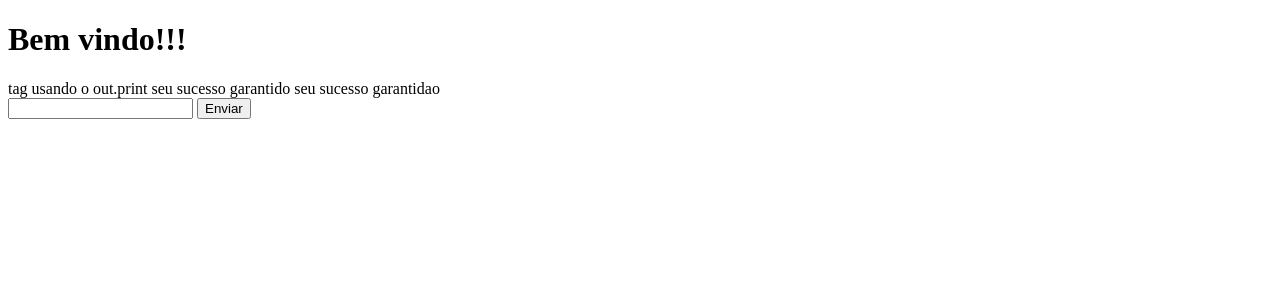
Repository: ClaytonEduard/cursojdev
Page: http://localhost/curso-jsp/
These files come from the project's save history. The page is drawn as it stood at one moment and after the next save; the edit follows.
The browser window is 1280 px wide. The pictures show the whole page.
The page is served by Tomcat 9.

Above is the page before, as saved 2020-06-17 15:30:19.

After the next save:
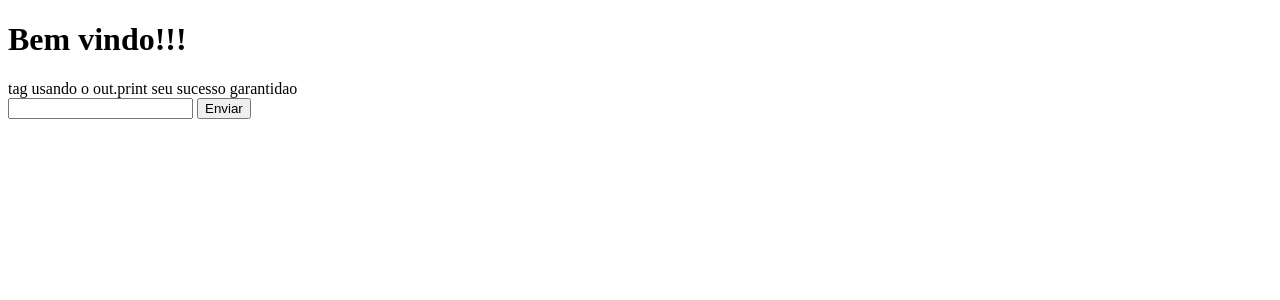
Saved 6 s later.
--- a/curso-jsp/WebContent/index.jsp
+++ b/curso-jsp/WebContent/index.jsp
@@ -11,7 +11,7 @@
  <h1>Bem vindo!!!</h1>
 
  tag usando o out.print
- <% out.print("seu sucesso garantido");%>
+<%--  <% out.print("seu sucesso garantido");%> --%>
 
  <%="seu sucesso garantidao" %>
 
